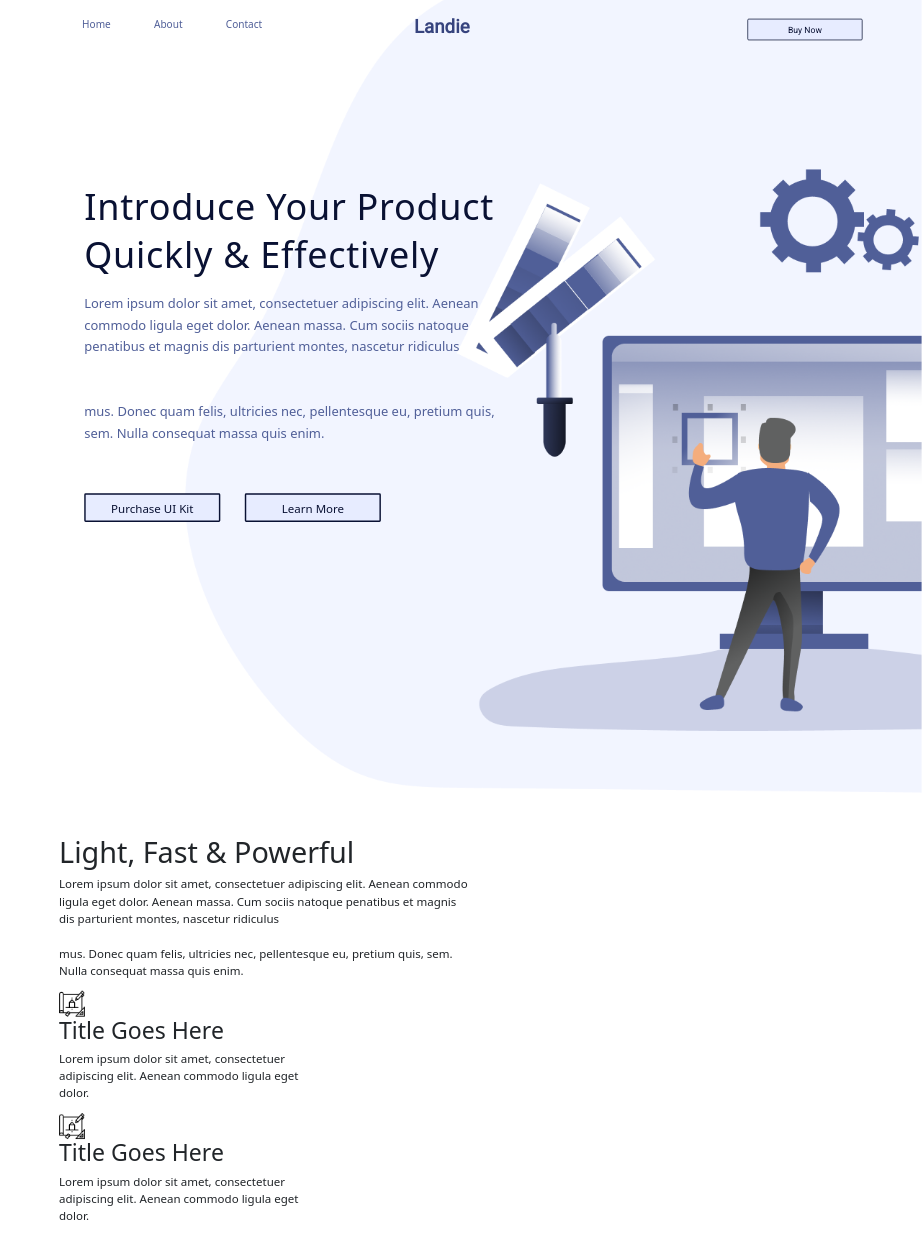
Repository: batonAnton/HW-Lec12-sass-pug
Page: index.html
The author's editor kept a copy of each file at every save. The page is drawn from the files as they stood at one save, then again after the next save.
The browser window is 1280 px wide. The pictures show the whole page, at 72% of full size.
The style sheet was rebuilt from its Sass, Less or Tailwind sources for each picture, by a compiler version that may differ from the author's.

Above is the page before, as saved 2022-07-29 16:30:19.

### index.html
<!DOCTYPE html>
<html lang="en">
<head>
    <meta charset="UTF-8">
    <meta http-equiv="X-UA-Compatible" content="IE=edge">
    <meta name="viewport" content="width=device-width, initial-scale=1.0">
    <title>HW12 Saas</title>
    <link rel="preconnect" href="https://fonts.googleapis.com">
    <link rel="preconnect" href="https://fonts.gstatic.com" crossorigin>
    <link href="https://fonts.googleapis.com/css2?family=Roboto&display=swap" rel="stylesheet">
    <link href="https://cdn.jsdelivr.net/npm/bootstrap@5.2.0/dist/css/bootstrap.min.css" rel="stylesheet" integrity="sha384-gH2yIJqKdNHPEq0n4Mqa/HGKIhSkIHeL5AyhkYV8i59U5AR6csBvApHHNl/vI1Bx" crossorigin="anonymous">
    <link rel="stylesheet" href="css/style.css">
</head>
<body>
    <header>
        <div class="container">
            <div class="wrapper">
                <nav>
                    <div class="navigation">
                        <ul>
                            <li>
                                <a href="">home</a>
                            </li>
                            <li>
                                <a href="">about</a>
                            </li>
                            <li>
                                <a href="">contact</a>
                            </li>
                        </ul>
                        <div class="logo">
                            <h1>Landie</h1>
                        </div>
                        <div class="button">
                            <button type="button" class="btn btn-menu btn-primary">Buy now</button>
                        </div>
                    </div>
                </nav>

                <div class="leftBlock">
                    <h1>Introduce Your Product <br class="hideBR">
                        Quickly & Effectively
                    </h1>

                    <p>
                        Lorem ipsum dolor sit amet, consectetuer adipiscing elit. Aenean <br class="hideBR"> commodo ligula eget dolor. Aenean massa. Cum sociis natoque <br class="hideBR"> penatibus et magnis dis parturient montes, nascetur ridiculus <br class="hideBR">
                        <br> <br>
                        mus. Donec quam felis, ultricies nec, pellentesque eu, pretium quis, <br class="hideBR"> sem. Nulla consequat massa quis enim.
                    </p>

                    <div class="btn-header">
                        <button type="button" class="btn btn-menu btn-primary">Purchase UI Kit</button>
                        <button type="button" class="btn btn-menu btn-primary">Learn More</button>
                    </div>
                </div>
            </div>
        </div>
    </header>

    <section>
        <div class="container">
            <h1>Light, Fast & Powerful</h1>
            <p>
                Lorem ipsum dolor sit amet, consectetuer adipiscing elit. Aenean commodo <br class="hideBr"> ligula eget dolor. Aenean massa. Cum sociis natoque penatibus et magnis <br class="hideBr"> dis parturient montes, nascetur ridiculus
                <br> <br>
                mus. Donec quam felis, ultricies nec, pellentesque eu, pretium quis, sem. <br class="hideBr"> Nulla consequat massa quis enim.
            </p>

            <div class="smallInfo">
                <div class="block">
                    <img src="./image/section1/Combined Shape.jpg" alt="img">
                    <h2>Title Goes Here</h2>
                    <p>Lorem ipsum dolor sit amet, consectetuer <br class="hideBr"> adipiscing elit. Aenean commodo ligula eget <br class="hideBr">  dolor. </p>
                </div>

                <div class="block">
                    <img src="./image/section1/Combined Shape.jpg" alt="img">
                    <h2>Title Goes Here</h2>
                    <p>Lorem ipsum dolor sit amet, consectetuer <br class="hideBr"> adipiscing elit. Aenean commodo ligula eget <br class="hideBr">  dolor. </p>
                </div>
            </div>
        </div>
    </section>
</body>
</html>

### css/style.scss
$primary-color: #091133;
$primaryFontStyle: Roboto;

@mixin generalStyleMenu(
  $sizeMenu: 14px,
  $lineHeight: 24px,
  $font-color: #505f98
) {
  font-size: $sizeMenu;
  line-height: $lineHeight;
  color: $font-color;
}

body {
  box-sizing: border-box;
}

header {
  width: 100%;
  height: 1160px;
  background-image: url(../image/header/header-bg.png);
  background-position: 100% -20%;
  background-repeat: no-repeat;

  .navigation {
    display: flex;
    justify-content: space-between;
    padding-top: 18px;
    align-items: center;

    ul {
      display: inline-flex;
      li {
        margin-right: 60px;
        list-style: none;
        a {
          text-decoration: none;
          text-transform: capitalize;
          @include generalStyleMenu;
        }
      }
    }
    .logo {
      display: flex;
      justify-content: center;
      margin-left: -235px;
      h1 {
        font-family: $primaryFontStyle;
        font-style: normal;
        font-weight: 900;
        font-size: 26px;
        line-height: 38px;
        color: #37447e;
      }
    }
     .btn-primary{
      font-family: 'Roboto';
      font-style: normal;
      font-weight: 500;
      font-size: 12px;
      line-height: 18px;
      text-transform: capitalize;
      color: #091133;
        background: #E7ECFF;
      border-radius: 2px;
      width: 160px;
      height: 30px;
      border: 1px solid #091133;

    }
    button:hover{
        background-color: #111B47;
        color: #FFFFFF;
        transition: 1s;
    }
  }
//   left-block header
  .leftBlock{
      margin-top: 190px;
      margin-left: 35px;
      h1{
        font-weight: 500;
        font-size: 50px;
        line-height: 66px;
        letter-spacing: 1px;
        color: #091133;
        margin-bottom: 20px;
      }
      p{
        font-style: normal;
        font-weight: 400;
        font-size: 18px;
        line-height: 30px;
        color: #505F98;
        margin-bottom: 69px;
      }

      .btn-primary{
        width: 189px;
        height: 40px;
        border: 2px solid #091133;
        border-radius: 2px;
        font-style: normal;
        font-weight: 500;
        font-size: 16px;
        line-height: 26px;
        color: #091133;
        background: #E7ECFF;
        margin-right: 30px;
      }
      button:hover{
          background-color: #111B47;
          color: #FFFFFF;
          transition: 1s;
      }
  }
}

After the next save:
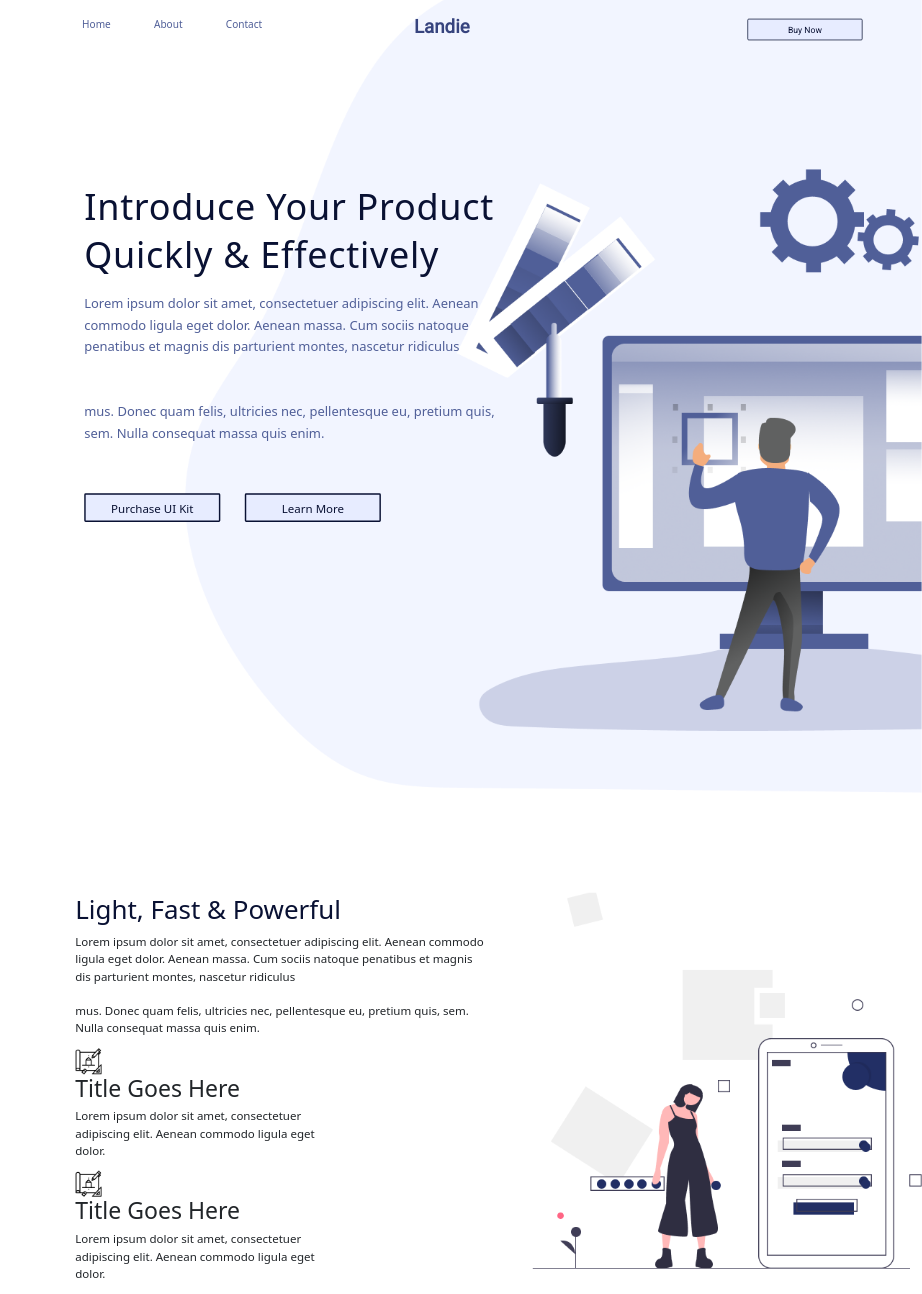
Saved 109 s later.
--- a/css/style.scss
+++ b/css/style.scss
@@ -115,3 +115,20 @@ header {
       }
   }
 }
+// section
+
+section{
+    margin-top: 80px ;
+    margin-left: 45px;
+    background-image: url(../image/section1/section-bg.png);
+    background-position: 100% -20%;
+    background-repeat: no-repeat;
+    h1{
+        // font-family: 'Roboto';
+        font-style: normal;
+        font-weight: 500;
+        font-size: 36px;
+        line-height: 48px;
+        color: #091133;
+    }
+}
